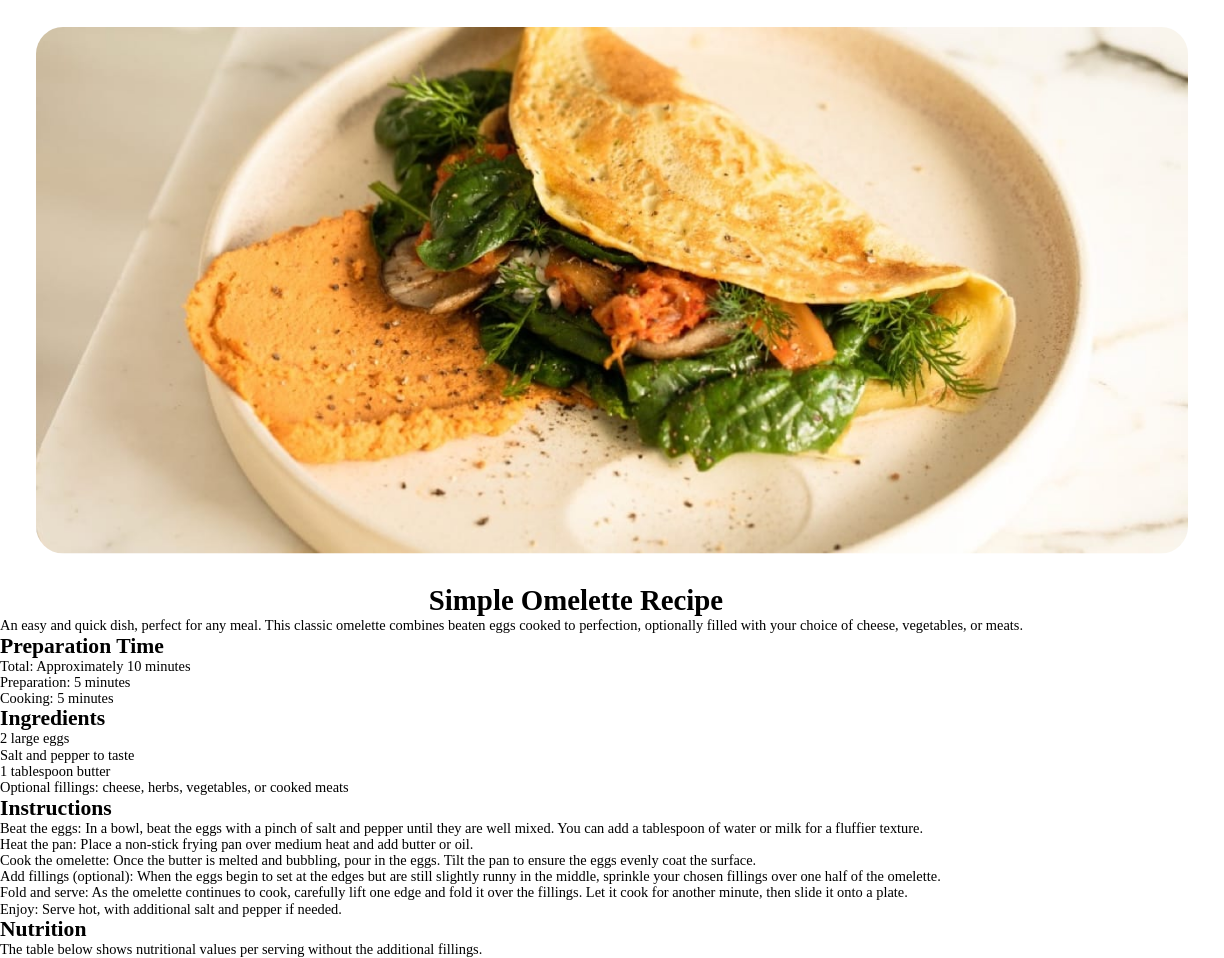
Repository: akbasliogulcan/omletterecipe
Page: index.html
The author's editor kept a copy of each file at every save. The page is drawn from the files as they stood at one save, then again after the next save.
The browser window is 1280 px wide. The page is 1360 px wide, so the pictures cover 1360 px, including what lies to the right of the window. The pictures show the whole page, at 90% of full size.

Above is the page before, as saved 2025-07-20 17:37:38.

After the next save:
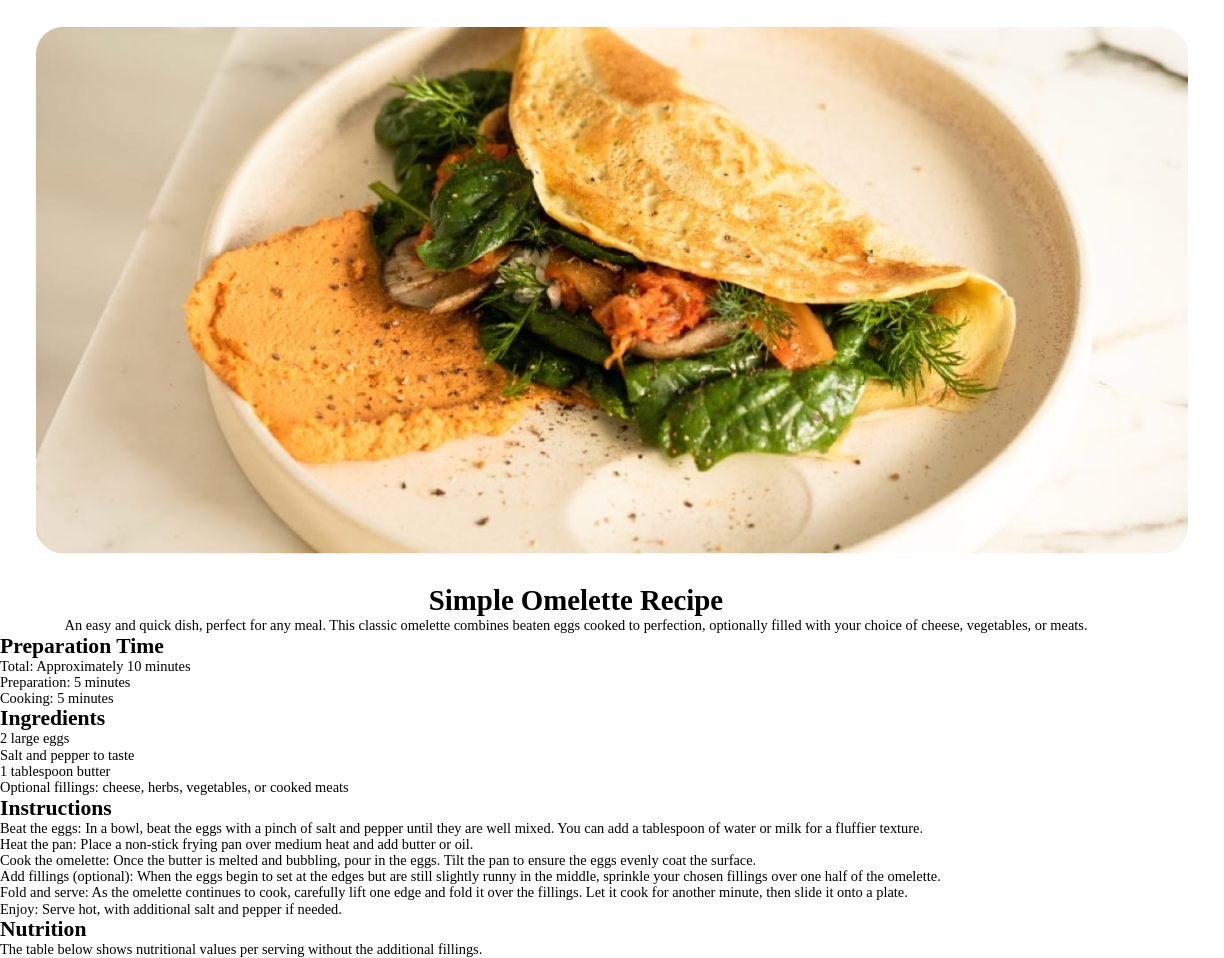
Saved 26 s later.
--- a/style.css
+++ b/style.css
@@ -13,6 +13,9 @@
 .omelette h1 {
   text-align: center;
 }
+.omelette p {
+  text-align: center;
+}
 
 .simple {
   background-color: hsl(30, 54%, 90%);
